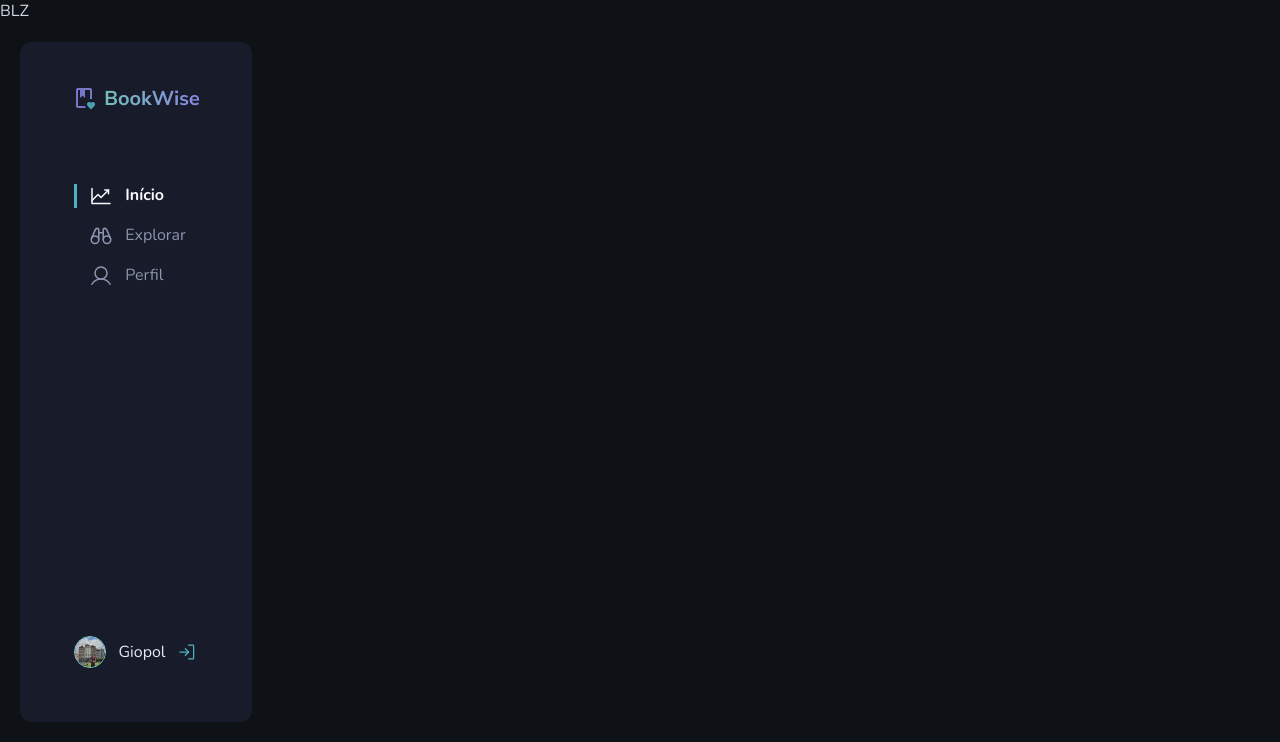
Repository: Giopol12/book-wise
Page: /index.page
The author's editor kept a copy of each file at every save. The page is drawn from the files as they stood at one save, then again after the next save.
The browser window is 1280 px wide. The pictures show the whole page.
The project was rebuilt for these pictures with package versions that can differ from the ones it lists, and the page was loaded fresh each time. The framework's server and built-in components were replaced by stand-ins that run in the browser. Also part of the build but not shown: next.config.js.

Above is the page before, as saved 2023-10-17 16:56:47.

After the next save:
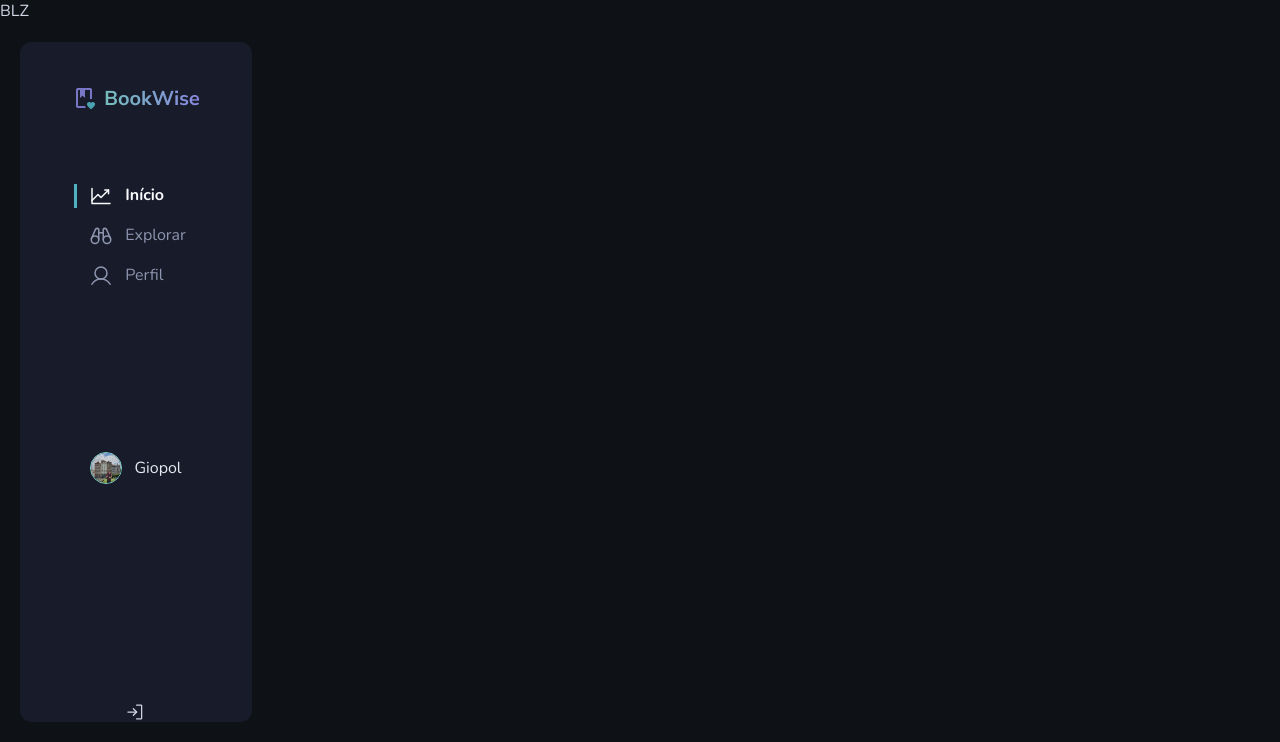
Saved 49 s later.
--- a/src/pages/home/components/Sidebar/index.tsx
+++ b/src/pages/home/components/Sidebar/index.tsx
@@ -38,8 +38,8 @@ export function Sidebar() {
       <LoginButton>
         {/* <strong>Fazer login</strong> <SignIn size={20} /> */}
         <Avatar avatarUrl={avatar} /> <span>Giopol</span>
-        <SignIn size={20} />
       </LoginButton>
+      <SignIn size={20} />
     </SidebarContainer>
   )
 }
